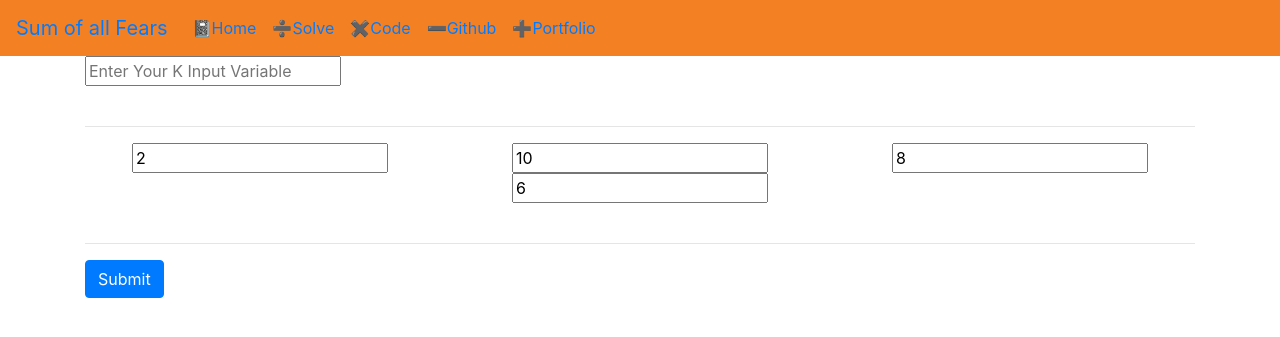
Repository: zhadjah9559/BrainBufferOverflow
Page: solve.html
An editor plug-in stored every save of this project. The page is shown before and after a run of saves, followed by the edit.
The browser window is 1280 px wide. The pictures show the whole page.

Above is the page before, as saved 2021-01-18 01:14:05.

### solve.html
<!doctype html>
<html lang="en">
  <head>
    <title>Title</title>
    <!-- Required meta tags -->
    <meta charset="utf-8">
    <meta name="viewport" content="width=device-width, initial-scale=1, shrink-to-fit=no">

    <!-- Bootstrap CSS -->
    <link rel="stylesheet" href="https://stackpath.bootstrapcdn.com/bootstrap/4.3.1/css/bootstrap.min.css" integrity="sha384-ggOyR0iXCbMQv3Xipma34MD+dH/1fQ784/j6cY/iJTQUOhcWr7x9JvoRxT2MZw1T" crossorigin="anonymous">
  </head>
  <body>

    <nav class="navbar navbar-expand-sm" style="background-color: #F48024;">
        <a class="navbar-brand" href="index.html">Sum of all Fears</a>
        <button class="navbar-toggler d-lg-none" type="button" data-toggle="collapse" data-target="#collapsibleNavId" aria-controls="collapsibleNavId"
            aria-expanded="false" aria-label="Toggle navigation"></button>
        <div class="collapse navbar-collapse" id="collapsibleNavId">
            <ul class="navbar-nav mr-auto mt-2 mt-lg-0">
                <li class="nav-item">
                    <a class="nav-link" href="index.html">📓Home </a>
                </li>
                <li class="nav-item active">
                    <a class="nav-link" href="solve.html">➗Solve<span class="sr-only">(current)</span></a>
                </li>
                 <li class="nav-item">
                    <a class="nav-link" href="code.html">✖Code</a>
                </li> <li class="nav-item">
                    <a class="nav-link" href="https://zacharyhadjah.netlify.app">➖Github</a>
                </li>
                <li class="nav-item">
                    <a class="nav-link" href="https://github.com/zhadjah9559/BrainBufferOverflow">➕Portfolio</a>
                </li>
            </ul>

        </div>
    </nav>

    <div class="container">

        <!--K input variable-->
       <div class="row justify-content-center">
           <div class="col-md ">
            <input type="number" id="kInput" name="kInput"  placeholder="Enter Your K Input Variable">
           </div>
       </div>
       <br/>
       <hr/>

        <!--User Array Inputs-->
        <div class="row justify-content-center">
            <div class="col-md text-center">
                <input type="number" id="arrayInput1" name="arrayInput0" value="2" placeholder="2">
            </div>
            <div class="col-md text-center">
                <input type="number" id="arrayInput2" name="arrayInput1" value="10" placeholder="10">
            </div>
            <div class="col-md text-center">
                <input type="number" id="arrayInput3" name="arrayInput2" value="8" placeholder="8">
            </div>
            <div class="col-md text-center">
                <input type="number" id="arrayInput4" name="arrayInput3" value="6" placeholder="6">
            </div>
            <p id="output">  </p>
        </div>
        <br/>
        <hr/>

        <!---->
        <div class="row justify-content-center">
            <div class="col">
             <input  class="btn btn-primary" type="submit" id="submitBtn" name="submitBtn"/>
            </div>
        </div>


    </div>


    <!-- Optional JavaScript -->
    <!-- jQuery first, then Popper.js, then Bootstrap JS -->
    <script src="https://code.jquery.com/jquery-3.3.1.slim.min.js" integrity="sha384-q8i/X+965DzO0rT7abK41JStQIAqVgRVzpbzo5smXKp4YfRvH+8abtTE1Pi6jizo" crossorigin="anonymous"></script>
    <script src="https://cdnjs.cloudflare.com/ajax/libs/popper.js/1.14.7/umd/popper.min.js" integrity="sha384-UO2eT0CpHqdSJQ6hJty5KVphtPhzWj9WO1clHTMGa3JDZwrnQq4sF86dIHNDz0W1" crossorigin="anonymous"></script>
    <script src="https://stackpath.bootstrapcdn.com/bootstrap/4.3.1/js/bootstrap.min.js" integrity="sha384-JjSmVgyd0p3pXB1rRibZUAYoIIy6OrQ6VrjIEaFf/nJGzIxFDsf4x0xIM+B07jRM" crossorigin="anonymous"></script>
    <script src="js/site.js"></script>
  </body>
</html>

### js/site.js
    // document.getElementById("btnSubmit").addEventListener("click", doJsWork)

    // hardCodedArray = [10, 15, 3, 7];
    // let numk = parseInt(document.getElementById("kInput").value)
    // let found = false;

    // //Regular program that is working without extra credit
    // function doJsWork(){
    //     for(let i = 0; i = hardCodedArray.length -1; i++){
    //         for (let j = 1; j < hardCodedArray.length; j++) {
    //             if( hardCodedArray[i] + hardCodedArray[j] == numK ){
    //                 output.innerText = `Your number was found! ${hardCodedArray[i]} + ${hardCodedArray[j]} = ${numK}`
    //                 found = true;
    //                 break;
    //             }
    //         }
    //     }
    //     if(!found){
    //         output.innerText = `Your number was not found!`
    //     }
    // }

    //-----------------------------------------------------------------------------------
    //Extra credit
    let numK = document.getElementById("kInput");
    let results = document.getElementById("output");
    let userArray = []
    let ARRAY_SIZE = 4
    document.getElementById("submitBtn").addEventListener("click", evaluateUserInput);

    function evaluateUserInput(){
               //initialize the user inputs using a for loops
               for (let i = 0; i < ARRAY_SIZE; i++) {
                userArray[i] = document.getElementById(`${arrayInput[i]}`)
            }

            for(let i = 0; i = userArray.length -1; i++){
                for (let j = 1; j < userArray.length; j++) {
                    if( userArray[i] + userArray[j] == numK ){
                        output.innerText = `Your number was found! ${userArray[i]} + ${userArray[j]} = ${numK}`
                        found = true;
                        break;
                    }
                }
            }
            if(!found){
                output.innerText = `Your number was not found!`
            }
    }


    //generate array of length that will contain 20 elements
    //those 20 elements will all be random numbers
    // function generateArray() {
    //     let ARRAY_LENGTH = 20                                   //parseInt(document.getElementById("arrayNum").value);
    //     let randomArray = []
    //     for (let i = 0; i < ARRAY_LENGTH; i++) {
    //         randomArray.push(Math.floor(Math.random() * 100) + 1)
    //     }
    //     return randomArray;
    // }

After the next 2 saves:
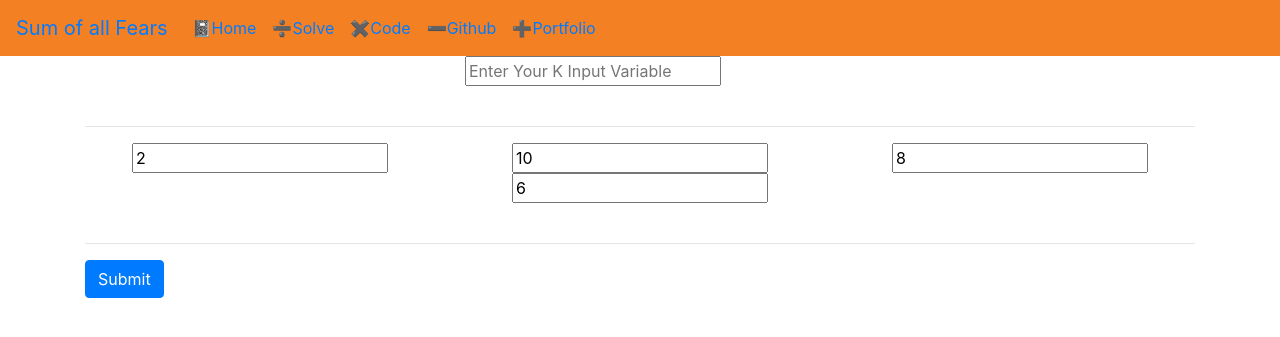
The 2 saves are shown as one change because they came seconds apart.
The last was saved 6 s later.
--- a/solve.html
+++ b/solve.html
@@ -40,7 +40,7 @@
 
         <!--K input variable-->
        <div class="row justify-content-center">
-           <div class="col-md ">
+           <div class="col-md offset-4">
             <input type="number" id="kInput" name="kInput"  placeholder="Enter Your K Input Variable">
            </div>
        </div>
